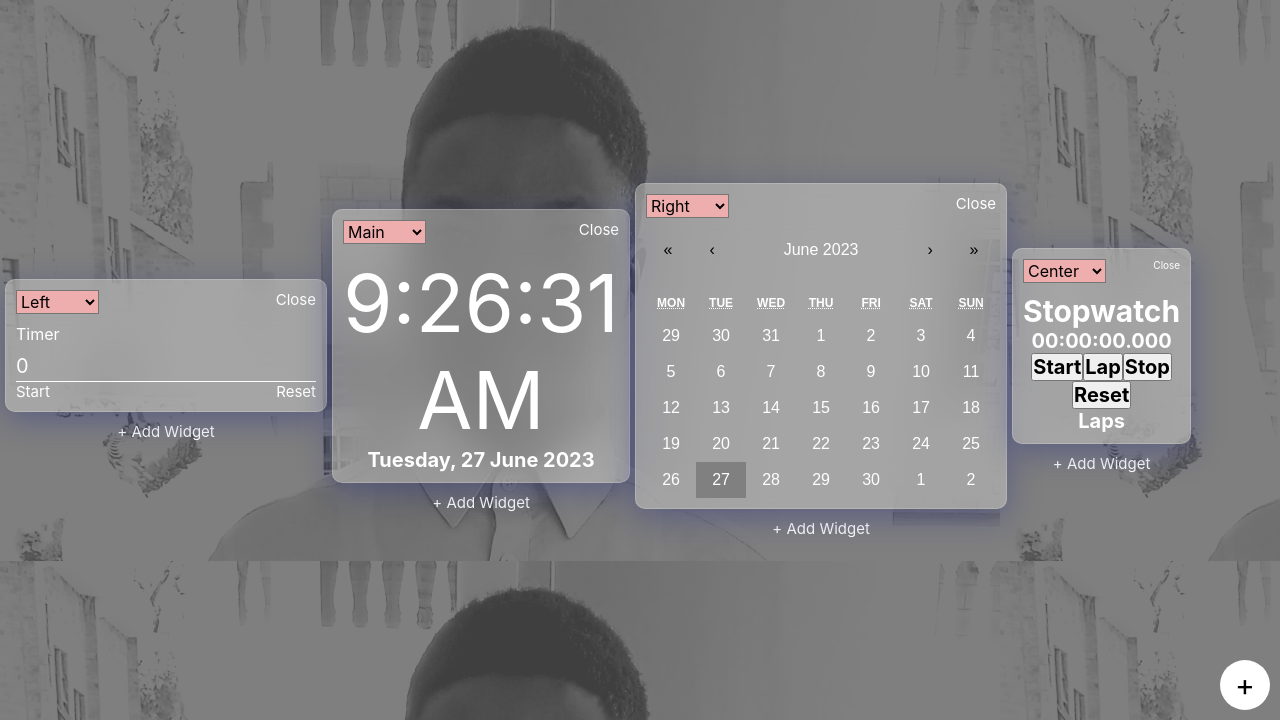
Repository: Angera-Silas/Planner-app
Page: /
The author's editor kept a copy of each file at every save. The page is drawn from the files as they stood at one save, then again after the next save.
The browser window is 1280 px wide. The pictures show the whole page.
The project was rebuilt for these pictures with package versions that can differ from the ones it lists, and the page was loaded fresh each time. Also part of the build but not shown: src/widgets/ReminderListWidget.js, src/modals/WidgetGalleryModal.js.

Above is the page before, as saved 2023-06-27 18:33:03.

### src/index.css
body {
  margin: 0;
  font-family: -apple-system, BlinkMacSystemFont, 'Segoe UI', 'Roboto', 'Oxygen',
    'Ubuntu', 'Cantarell', 'Fira Sans', 'Droid Sans', 'Helvetica Neue',
    sans-serif;
  -webkit-font-smoothing: antialiased;
  -moz-osx-font-smoothing: grayscale;
}

code {
  font-family: source-code-pro, Menlo, Monaco, Consolas, 'Courier New',
    monospace;
}
*,
*::before,
*::after {
 box-sizing: border-box;
}

img,
svg,
video,
canvas,
audio,
iframe,
embed,
object {
 display: block;
 max-width: 100%;
}

input,
button,
textarea,
select {
 font: inherit;
 color: black;
}

* {
 margin: 0;
 padding: 0;
 box-sizing: border-box;
 font: inherit;
 color: white;
}

/* width */
::-webkit-scrollbar {
 width: 10px;
}

/* Track */
::-webkit-scrollbar-track {
 background: #363636;
}

/* Handle */
::-webkit-scrollbar-thumb {
 background: #777;
}

/* Handle on hover */
::-webkit-scrollbar-thumb:hover {
 background: #1e1e1e;
}

### src/App.js
import React, { useState } from 'react';
import './App.css';
import ClockWidget from './widgets/ClockWidget';
import WidgetGalleryModal from './modals/WidgetGalleryModal';
import Draggable from 'react-draggable';
import TimerWidget from './widgets/TimerWidget';
import CalendarWidget from './widgets/CalendarWidget';
import MyCustomWidget from './widgets/MyCustomWidget';

function App() {
 const [widgets, setWidgets] = useState([
  { id: new Date().getTime(), component: <ClockWidget />, area: 'main-widget', name: "Date and Time" },
  { id: new Date().getTime() + 2, component: <CalendarWidget />, area: 'right-widget', name: "Calendar" },
  { id: new Date().getTime() + 1, component: <TimerWidget />, area: 'left-widget', name:"Timer" },
  { id: new Date().getTime(), component: <MyCustomWidget/>,area: 'center-widget',name:"Stopwatch"},
 ])
 const [showWidgetModal, setShowWidgetModal] = useState(false)
 const [selectedWidgetArea, setSelectedWidgetArea] = useState('')

 const removeWidget = (index) => {
  try {
   setWidgets(widgets.filter(widget => widget.id !== index))
  } catch (error) {
   console.log(error)
  }
 }

 return (
  <>
   {showWidgetModal && <WidgetGalleryModal setShowWidgetModal={setShowWidgetModal} selectedWidgetArea={selectedWidgetArea} widgets={widgets} setWidgets={setWidgets} />}
   <div className="add-button"
    onClick={() => {
     console.log('add button clicked')
     setShowWidgetModal(true)
     setSelectedWidgetArea('none-widget')
    }}
   >
    <p
     className='add-widget-button'
     style={{ background: "none", border: "none", color: "black", fontSize: "30px", cursor: "pointer", backgroundColor: "white", borderRadius: "50%", width: "50px", display: "flex", justifyContent: "center", alignItems: "center", height: "50px", position: "fixed", bottom: "10px", right: "10px" }}
    >+</p>
   </div>
   <div className='none-widget' >
    {widgets.length > 0 && widgets.map((widget, index) => {
     if (widget.area === 'none-widget') {
      return (
       <Draggable>
            <div style={{ padding: 10,}} className='widget-container' >
             <div style={{ marginBottom: 10 }}>
              <select value={widget.area}
               onChange={(e) => {
                let widgetList = [...widgets]
                widgetList[index].area = e.target.value
                setWidgets(widgetList)
               }}
              >
               <option value="none-widget">Floating</option>
               <option value="left-widget">Left</option>
               <option value="main-widget">Main</option>
               <option value="right-widget">Right</option>
               <option value="center-widget">Center</option>
              </select>
              <button
               onClick={() => {
                removeWidget(widget.id)
               }}
               style={{ background: "none", border: "none", color: "white", fontSize: "15px", cursor: "pointer", float: "right" }}
              >Close</button>
             </div>
             {widget.component}
            </div>
       </Draggable>
      )
     }
    })}
   </div>
   <div className="App">
    <div className="container">
     <div className='left-widget'>
      {widgets.length > 0 && widgets.map((widget, index) => {
       if (widget.area === 'left-widget') {
        return (
         <div style={{ padding: 10,}} className='widget-container'>
          <div style={{ marginBottom: 10 }}>
           <select value={widget.area}
            onChange={(e) => {
             let widgetList = [...widgets]
             widgetList[index].area = e.target.value
             setWidgets(widgetList)
            }}
           >
            <option value="none-widget">Floating</option>
            <option value="left-widget">Left</option>
            <option value="main-widget">Main</option>
            <option value="right-widget">Right</option>
            <option value="center-widget">Center</option>
           </select>
           <button
            onClick={() => {
             removeWidget(widget.id)
            }}
            style={{ background: "none", border: "none", color: "white", fontSize: "15px", cursor: "pointer", float: "right" }}
           >Close</button>
          </div>
          {widget.component}
         </div>
        )
       }
      })}
      {widgets.filter(widget => widget.area === 'left-widget').length < 3 && widgets.filter(widget => widget.area === 'left-widget').length > 0 &&
       <button
        className='add-widget-button'
        onClick={() => {
         setShowWidgetModal(true)
         setSelectedWidgetArea('left-widget')
        }}>+ Add Widget</button>
      }
     </div>
     <div className='main-widget'>
      {widgets.length > 0 && widgets.map((widget, index) => {
       if (widget.area === 'main-widget') {
        return (
         <div style={{ padding: 10,}} className='widget-container' >
          <div style={{ marginBottom: 10 }}>
           <select value={widget.area}
            onChange={(e) => {
             let widgetList = [...widgets]
             widgetList[index].area = e.target.value
             setWidgets(widgetList)
            }}
           >
            <option value="none-widget">Floating</option>
            <option value="left-widget">Left</option>
            <option value="main-widget">Main</option>
            <option value="right-widget">Right</option>
            <option value="center-widget">Center</option>
           </select>
           <button
            onClick={() => {
             removeWidget(widget.id)
            }}
            style={{ background: "none", border: "none", color: "white", fontSize: "15px", cursor: "pointer", float: "right" }}
           >Close</button>
          </div>
          {widget.component}
         </div>
        )
       }
      })}
      {widgets.filter(widget => widget.area === 'main-widget').length < 2 &&
       <button
        className='add-widget-button'
        onClick={() => {
         setShowWidgetModal(true)
         setSelectedWidgetArea('main-widget')
        }}>+ Add Widget</button>
      }
     </div>
     <div className='right-widget'>
      {widgets.length > 0 && widgets.map((widget, index) => {
       if (widget.area === 'right-widget') {
        return (
         <div style={{ padding: 10,}} className='widget-container'>
          <div style={{ marginBottom: 10 }}>
           <select value={widget.area}
            onChange={(e) => {
             let widgetList = [...widgets]
             widgetList[index].area = e.target.value
             setWidgets(widgetList)
            }}
           >
            <option value="none-widget">Floating</option>
            <option value="left-widget">Left</option>
            <option value="main-widget">Main</option>
            <option value="right-widget">Right</option>
            <option value="center-widget">Center</option>
           </select>
           <button
            onClick={() => {
             removeWidget(widget.id)
            }}
            style={{ background: "none", border: "none", color: "white", fontSize: "15px", cursor: "pointer", float: "right" }}
           >Close</button>
          </div>
          {widget.component}
         </div>
        )
       }
      })}
      {widgets.filter(widget => widget.area === 'right-widget').length < 3 && widgets.filter(widget => widget.area === 'right-widget').length > 0 &&
       <button
        className='add-widget-button'
        onClick={() => {
         setShowWidgetModal(true)
         setSelectedWidgetArea('right-widget')
        }}>+ Add Widget</button>
      }
     </div>
     <div className='center-widget'>
      {widgets.length > 0 && widgets.map((widget, index) => {
       if (widget.area === 'center-widget') {
        return (
         <div style={{ padding: 10,}} className='widget-container' >
          <div style={{ marginBottom: 10 }}>
           <select value={widget.area}
            onChange={(e) => {
             let widgetList = [...widgets]
             widgetList[index].area = e.target.value
             setWidgets(widgetList)
            }}
           >
            <option value="none-widget">Floating</option>
            <option value="left-widget">Left</option>
            <option value="main-widget">Main</option>
            <option value="right-widget">Right</option>
            <option value="center-widget">Center</option>
           </select>
           <button
            onClick={() => {
             removeWidget(widget.id)
            }}
            style={{ background: "none", border: "none", color: "white", fontSize: "10px", cursor: "pointer", float: "right" }}
           >Close</button>
          </div>
          {widget.component}
         </div>
        )
       }
      })}
      {widgets.filter(widget => widget.area === 'center-widget').length < 2 &&
       <button
        className='add-widget-button'
        onClick={() => {
         setShowWidgetModal(true)
         setSelectedWidgetArea('center-widget')
        }}>+ Add Widget</button>
      }
     </div>
    </div>
   </div>
  </>
 )
}

export default App;

### src/App.css
.App {
  background: url("background.jpg");
  height: 100vh;
  display: flex;
  justify-content: flex-start;
  align-items: center;
  width: 100%;

}

.container {
  display: flex;
  flex-direction: row;
  align-items: flex-start;
  justify-content: space-between;
  gap: 5px;
  width: 100vh;
  padding: 5px;
  max-height: 100vh;
  height: 100%;

}

.item {
  background-color: rgba(255, 255, 255, 0.8);
  border: 1px solid rgba(0, 0, 0);
  padding: 20px;
  font-size: 30px;
  text-align: center;
}

.time {
  font-size: 80px;
  color: white;
  text-align: center;
}

.date {
  font-size: 20px;
  color: white;
  text-align: center;
  font-weight: bold;
}
 .stopwatch {
 font-size: 20px;
 color: white;
 font-weight: bold;
 text-align: center;
}
.add-widget-button {
  background-color: transparent;
  color: white;
  border: none;
  font-size: 15px;
  text-align: center;
  cursor: pointer;
}

.add-widget-button:hover {
  color: #1e1e1e;
}

.right-widget,
.left-widget,
.main-widget,
.center-widget {
  display: flex;
  justify-content: center;
  align-items: center;
  flex-direction: column;
  gap: 10px;
  height: 100%;
  max-width: 500px;
}

.none-widget {
  position: fixed;
  /* height: 100vh;
  width: 100vw; */
  top: 0px;
  left: 0px;
}

select {
 background-color: #efaeae;
}

/* Modal */
.modal {
  position: fixed;
  z-index: 1;
  padding-top: 100px;
  left: 0;
  top: 0;
  width: 100vw;
  height: 100vh;
  overflow: auto;
  background-color: rgb(0, 0, 0, 0.4);
}

.modal-content {
  background-color: #183A37;
  margin: auto;
  padding: 20px;
  width: 50%;
  max-height: 50vh;
  overflow: scroll;
}

.modal-header {
  display: flex;
  justify-content: space-between;
  align-items: flex-start;
}

.modal-header h2 {
  color: white;
  font-weight: bold;
  font-size: 25px;
}

.row {
  display: flex;
  justify-content: space-between;
  align-items: center;
  gap: 10px;
}

.widget-gallery-item {
  color: black;
  border: 1px solid white;
  padding: 10px;
  margin-bottom: 10px;
}

.text-input {
  outline: none;
  border: none;
  border-bottom: 1px solid white;
  width: 100%;
  background-color: transparent;
  color: white;
  font-size: 20px;
  margin-top: 10px;
  padding-bottom: 3px;
}

.widget-container {
  background: rgba(255, 255, 255, 0.3);
  box-shadow: 0 8px 32px 0 rgba(31, 38, 135, 0.37);
  backdrop-filter: blur(20px);
  -webkit-backdrop-filter: blur(20px);
  border-radius: 10px;
  border: 1px solid rgba(255, 255, 255, 0.18);

}

.widget-gallery-item-name{
  font-size: 20px;
  font-weight: bold;
  margin-bottom: 10px;
}

### src/widgets/ClockWidget.js
import React, { useEffect, useState } from 'react'

export default function ClockWidget() {
  const [time, setTime] = useState(new Date().toLocaleTimeString())
  const [date, setDate] = useState(new Date())
  useEffect(() => {
    const interval = setInterval(() => {
      setTime(new Date().toLocaleTimeString())
      setDate(new Date())
    }, 1000)
    return () => clearInterval(interval)
  }, [])

  const tidyDate = (date) => {
    const dateArray = date
    const day = dateArray.getDay()
    const dateNumber = dateArray.getDate()
    const month = dateArray.getMonth() + 1
    const year = dateArray.getFullYear()

    const days = ['Sunday', 'Monday', 'Tuesday', 'Wednesday', 'Thursday', 'Friday', 'Saturday']
    const months = ['January', 'February', 'March', 'April', 'May', 'June', 'July', 'August', 'September', 'October', 'November', 'December']

    return `${days[day]}, ${dateNumber} ${months[month - 1]} ${year}`

  }

  return (
    <div>
      <p className='time'>{time}</p>
      <p className='date'>{tidyDate(date)}</p>
    </div>
  )
}

### src/widgets/TimerWidget.js
import React, { useEffect, useState } from 'react'

export default function TimerWidget() {
  const [timerListData, setTimerListData] = useState({
    time: 0,
    isRunning: false,
  })

  const tidyTime = (time) => {
    let hours = Math.floor(time / 3600)
    let minutes = Math.floor((time - (hours * 3600)) / 60)
    let seconds = time - (hours * 3600) - (minutes * 60)

    if (hours < 10) { hours = "0" + hours }
    if (minutes < 10) { minutes = "0" + minutes }
    if (seconds < 10) { seconds = "0" + seconds }

    return hours + ':' + minutes + ':' + seconds
  }

  useEffect(() => {
    // timer logic
    let interval = null
    if (timerListData.isRunning && timerListData.time > 0) {
      interval = setInterval(() => {
        setTimerListData({
          ...timerListData,
          time: parseInt(timerListData.time) - 1,
        })
      }, 1000)
    } else if (!timerListData.isRunning && timerListData.time !== 0) {
      setTimerListData({
        ...timerListData,
        isRunning: false,
      })
      clearInterval(interval)
    } else if (timerListData.isRunning && timerListData.time === 0) {
      setTimerListData({
        ...timerListData,
        isRunning: false,
      })
      clearInterval(interval)
      alert('Timer is up!')
    }

      return () => clearInterval(interval)
  }, [timerListData.isRunning, timerListData.time])

  return (
    <div style={{ minWidth: 300 }}>
      <div style={{ display: "flex", justifyContent: "space-between", alignItems: "row" }}>
        <p>Timer</p>
      </div>
      <div className='timer-container'>
        <div className='timer-display'>
          {timerListData.isRunning ?
            <p style={{ textAlign: "center", fontWeight: "bold", fontSize: 20 }}>{tidyTime(timerListData.time)}</p>
            :
            <input type="text" className='text-input' value={timerListData.time} onChange={(e) => {
              setTimerListData({
                ...timerListData,
                time: e.target.value,
              })
            }} />
          }
        </div>
        <div className='timer-controls' style={{ display: "flex", justifyContent: "space-between", alignItems: "center", }}>
          <button
            style={{
              background: "none",
              border: "none",
              color: "white",
              fontSize: "15px",
              cursor: "pointer",
            }}
            onClick={() => {
              setTimerListData({
                ...timerListData,
                isRunning: !timerListData.isRunning,
              })
            }}
          >{timerListData.isRunning ? 'Stop' : 'Start'}</button>
          <button
            style={{
              background: "none",
              border: "none",
              color: "white",
              fontSize: "15px",
              cursor: "pointer",
            }}
            onClick={() => {
              setTimerListData({
                ...timerListData,
                time: 0,
              })
            }}
          >Reset</button>
        </div>
      </div>
    </div>
  )
}

### src/widgets/MyCustomWidget.js
import React, { useEffect, useState } from 'react';
import { BsStopwatch } from 'react-icons/bs'

export default function MyCustomWidget() {
   const [stopwatchData, setStopwatchData] = useState([
  { id: 0, name: "Timer 1", time: 0, isRunning: false, lap: [], time_started: 0, pause: [] },
 ])
 const [selectedRow, setSelectedRow] = useState(0)

 useEffect(() => {
  const interval = setInterval(() => {
   setStopwatchData(stopwatchData.map((stopwatch) => {
    if (stopwatch.isRunning) {
     return { ...stopwatch, time: new Date() - stopwatch.time_started - stopwatch.pause.reduce((a, b) => a + b, 0) }
    }
    return stopwatch
   }))
  }, 10)
  return () => clearInterval(interval)
 }, [stopwatchData])
 const handleStart = (id) => {
  setStopwatchData(stopwatchData.map((stopwatch) => {
   if (stopwatch.id === id) {
    return { ...stopwatch, isRunning: true, time_started: new Date() - stopwatch.time - stopwatch.pause.reduce((a, b) => a + b, 0) }
   }
   return stopwatch
  }))
 }

 const handleStop = (id) => {
  setStopwatchData(stopwatchData.map((stopwatch) => {
   if (stopwatch.id === id) {
    return { ...stopwatch, isRunning: false, pause: [...stopwatch.pause, new Date() - stopwatch.time_started - stopwatch.pause.reduce((a, b) => a + b, 0)] }
   }
   return stopwatch
  }))
 }

 const handleReset = (id) => {
  setStopwatchData(stopwatchData.map((stopwatch) => {
   if (stopwatch.id === id) {
    return { ...stopwatch, time: 0, isRunning: false, lap: [] }
   }
   return stopwatch
  }))
 }

 const handleLap = (id) => {
  setStopwatchData(stopwatchData.map((stopwatch) => {
   if (stopwatch.id === id) {
    return { ...stopwatch, lap: [...stopwatch.lap, stopwatch.time] }
   }
   return stopwatch
  }))
 }
  return (
    <div className='stopwatch'>
      <div style={{ display: "flex", alignItems: "center", flexDirection: "row", justifyContent: "space-between", width: "100%" }}>
      <div style={{ textAlign: "left" }}>
       <h1 style={{ fontWeight: "bold", fontSize: 30 }}>Stopwatch</h1>
      </div>
     </div>

     <p className='main-time-label'>{stopwatchData[selectedRow]?.time > 0 ? new Date(stopwatchData[selectedRow]?.time).toISOString().slice(11, -1) : "00:00:00.000"}</p>
     <div className="main-button-controls">
      <button className={"control-buttons"} onClick={() => handleStart(stopwatchData[selectedRow].id)}>Start</button>
      <button className={"control-buttons"} onClick={() => handleLap(stopwatchData[selectedRow].id)}>Lap</button>
      <button className={"control-buttons"} onClick={() => handleStop(stopwatchData[selectedRow].id)}>Stop</button>
      <button className={"control-buttons"} onClick={() => handleReset(stopwatchData[selectedRow].id)}>Reset</button>
     </div>
     <p className='lap-label'>Laps</p>
     <div className='lap-container'>
      {stopwatchData[selectedRow]?.lap.length > 0 && stopwatchData[selectedRow]?.lap.map((lap, index) => (
       <div style={{ display: "flex", justifyContent: "space-between", width: "500px" }}>
        <p>Lap {index + 1}</p>
        <p className='lap-time-label' key={index}>{new Date(lap).toISOString().slice(11, -1)}</p>
       </div>
      ))}
     </div>
    </div>
  )
}

### src/styles/styles.css
.react-calendar {
  width: 350px;
  max-width: 100%;
  background: transparent;
  font-family: Arial, Helvetica, sans-serif;
  line-height: 1.125em;
}

.react-calendar--doubleView {
  width: 700px;
}

.react-calendar--doubleView .react-calendar__viewContainer {
  display: flex;
  margin: -0.5em;
}

.react-calendar--doubleView .react-calendar__viewContainer > * {
  width: 50%;
  margin: 0.5em;
}

.react-calendar,
.react-calendar *,
.react-calendar *:before,
.react-calendar *:after {
  -moz-box-sizing: border-box;
  -webkit-box-sizing: border-box;
  box-sizing: border-box;
}

.react-calendar button {
  margin: 0;
  border: 0;
  outline: none;
}

.react-calendar button:enabled:hover {
  cursor: pointer;
}

.react-calendar__navigation {
  display: flex;
  height: 44px;
  margin-bottom: 1em;
}

.react-calendar__navigation button {
  min-width: 44px;
  background: none;
}

.react-calendar__navigation button:disabled {
  background-color: #f0f0f0;
}

.react-calendar__navigation button:enabled:hover,
.react-calendar__navigation button:enabled:focus {
  background-color: #e6e6e6;
}

.react-calendar__month-view__weekdays {
  text-align: center;
  text-transform: uppercase;
  font-weight: bold;
  font-size: 0.75em;
}

.react-calendar__month-view__weekdays__weekday {
  padding: 0.5em;
}

.react-calendar__month-view__weekNumbers .react-calendar__tile {
  display: flex;
  align-items: center;
  justify-content: center;
  font-size: 0.75em;
  font-weight: bold;
}

.react-calendar__month-view__days__day--weekend {
  color: #d10000;
}

.react-calendar__month-view__days__day--neighboringMonth {
  color: #757575;
}

.react-calendar__year-view .react-calendar__tile,
.react-calendar__decade-view .react-calendar__tile,
.react-calendar__century-view .react-calendar__tile {
  padding: 2em 0.5em;
}

.react-calendar__tile {
  max-width: 100%;
  padding: 10px 6.6667px;
  background: none;
  text-align: center;
  line-height: 16px;
}

.react-calendar__tile:disabled {
  background-color: #f0f0f0;
}

.react-calendar__tile:enabled:hover,
.react-calendar__tile:enabled:focus {
  background-color: #e6e6e6;
}

.react-calendar__tile--now {
  background: gray;
}

.react-calendar__tile--now:enabled:hover,
.react-calendar__tile--now:enabled:focus {
  background: gray;
}

.react-calendar__tile--hasActive {
  background: #76baff;
}

.react-calendar__tile--hasActive:enabled:hover,
.react-calendar__tile--hasActive:enabled:focus {
  background: #a9d4ff;
}

.react-calendar__tile--active {
  background: #006edc;
  color: white;
}

.react-calendar__tile--active:enabled:hover,
.react-calendar__tile--active:enabled:focus {
  background: #1087ff;
}

.react-calendar--selectRange .react-calendar__tile--hover {
  background-color: #e6e6e6;
}

Loaded but not shown: public/index.html (common file); src/index.js (common file); src/reportWebVitals.js (common file); src/widgets/CalendarWidget.js (common file)

After the next save:
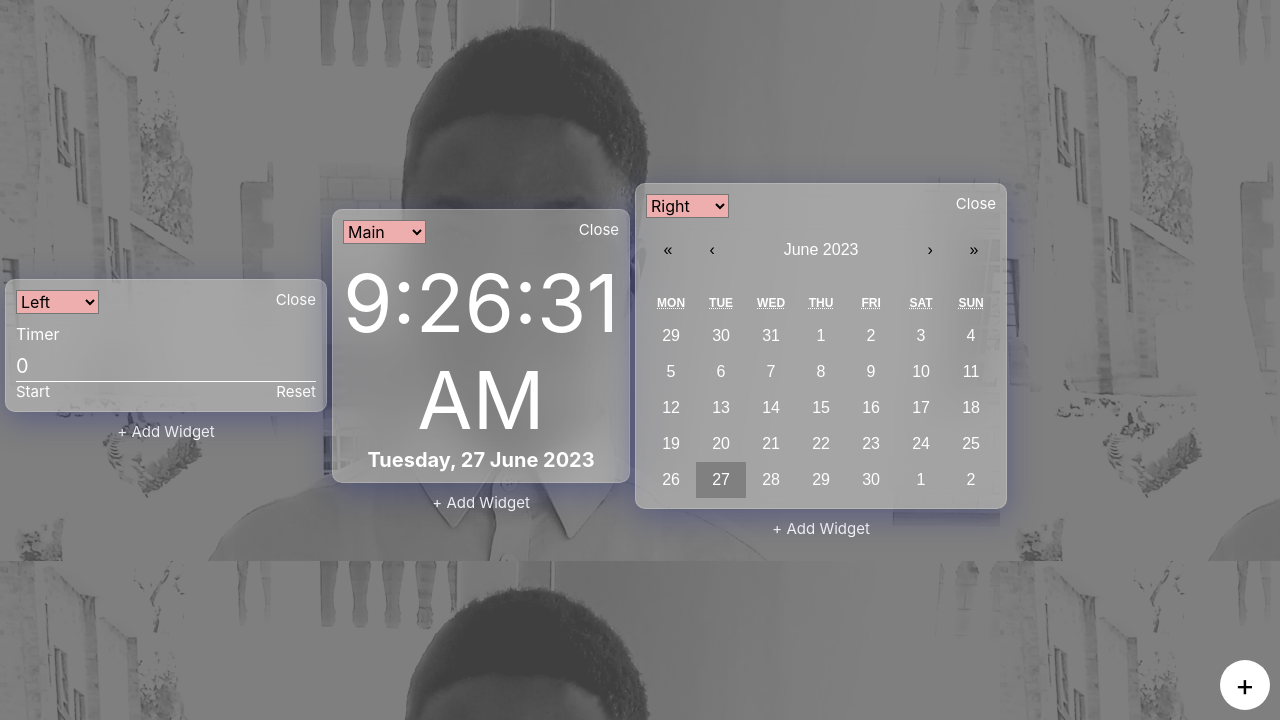
Saved 99 s later.
--- a/src/App.js
+++ b/src/App.js
@@ -196,46 +196,7 @@ function App() {
         }}>+ Add Widget</button>
       }
      </div>
-     <div className='center-widget'>
-      {widgets.length > 0 && widgets.map((widget, index) => {
-       if (widget.area === 'center-widget') {
-        return (
-         <div style={{ padding: 10,}} className='widget-container' >
-          <div style={{ marginBottom: 10 }}>
-           <select value={widget.area}
-            onChange={(e) => {
-             let widgetList = [...widgets]
-             widgetList[index].area = e.target.value
-             setWidgets(widgetList)
-            }}
-           >
-            <option value="none-widget">Floating</option>
-            <option value="left-widget">Left</option>
-            <option value="main-widget">Main</option>
-            <option value="right-widget">Right</option>
-            <option value="center-widget">Center</option>
-           </select>
-           <button
-            onClick={() => {
-             removeWidget(widget.id)
-            }}
-            style={{ background: "none", border: "none", color: "white", fontSize: "10px", cursor: "pointer", float: "right" }}
-           >Close</button>
-          </div>
-          {widget.component}
-         </div>
-        )
-       }
-      })}
-      {widgets.filter(widget => widget.area === 'center-widget').length < 2 &&
-       <button
-        className='add-widget-button'
-        onClick={() => {
-         setShowWidgetModal(true)
-         setSelectedWidgetArea('center-widget')
-        }}>+ Add Widget</button>
-      }
-     </div>
+
     </div>
    </div>
   </>
